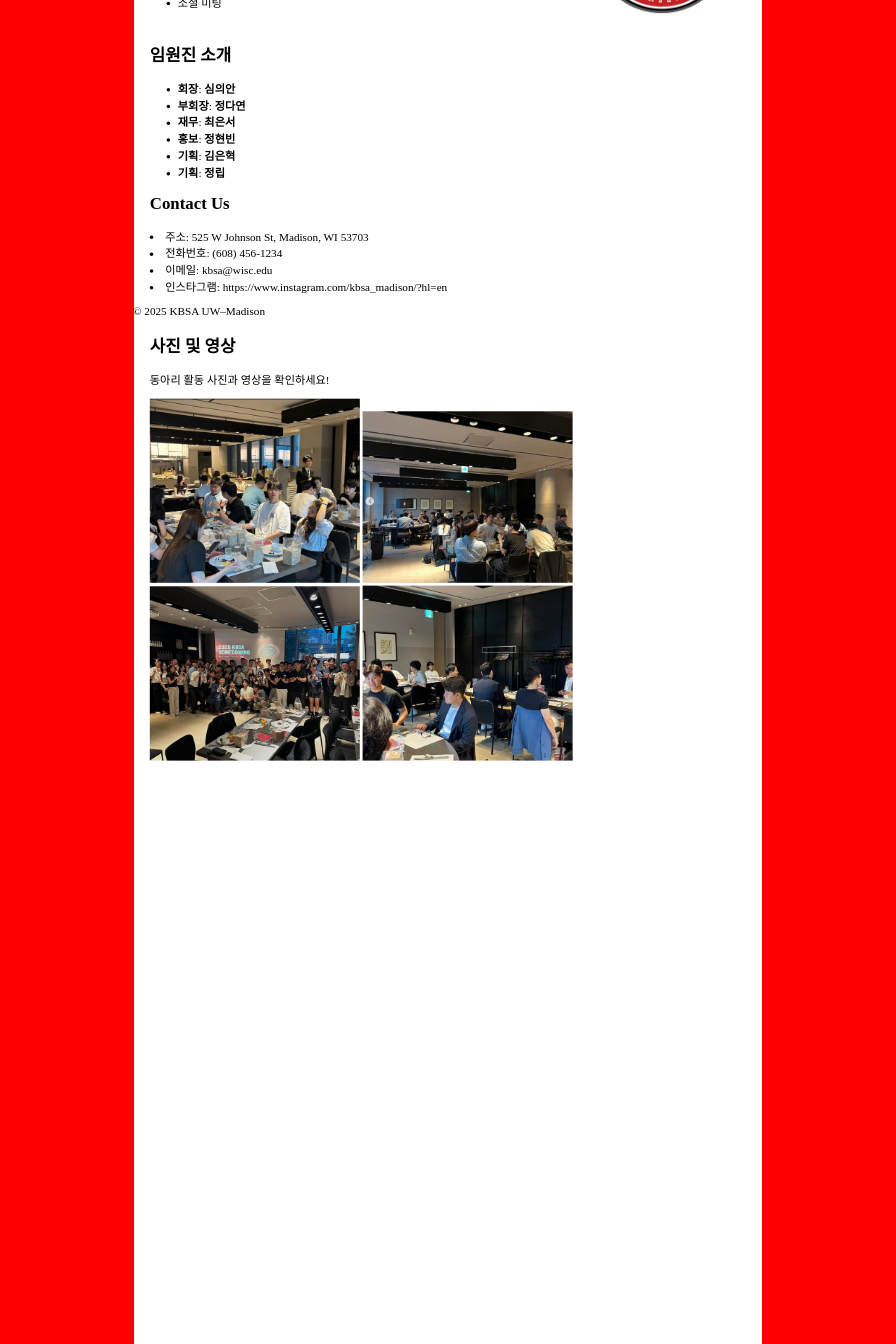
Repository: 23HarveyJi/25-Fall_chillguys
Page: website.html
An editor plug-in stored every save of this project. The page is shown before and after the next save, followed by the edit.
The browser window is 1280 px wide. The pictures show the part of the page from y = 522 to 2442 px (the page is 18019 px tall), at 70% of full size.

Above is the page before, as saved 2025-10-16 23:32:09.

After the next save:
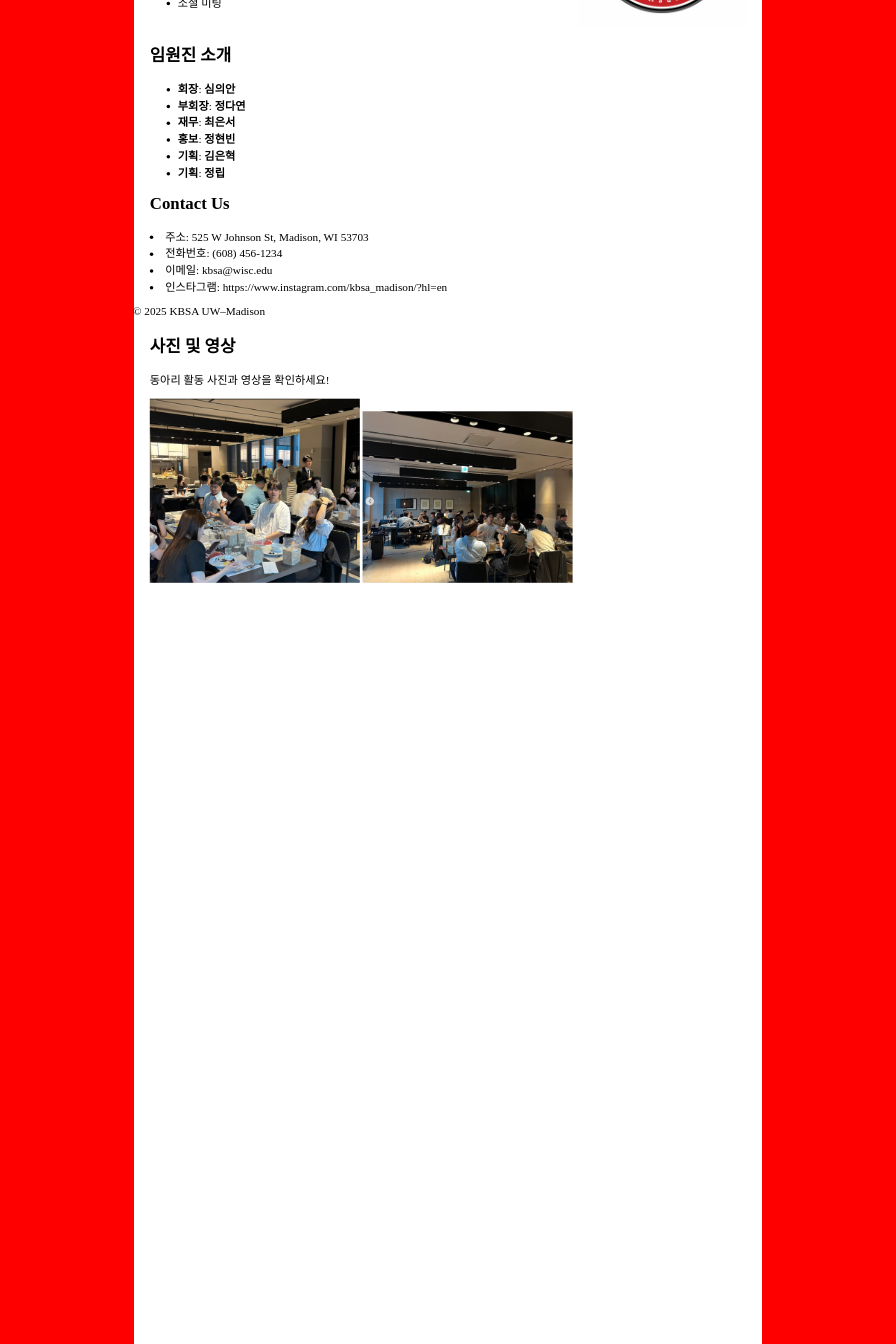
Saved 2 min 56 s later.
--- a/website.html
+++ b/website.html
@@ -78,14 +78,14 @@
     <p>© 2025 KBSA UW–Madison</p>
 </footer>
 </body>
+<!-- ... 위쪽 내용 ... -->
 
 <section>
   <div class="container">
     <h2>사진 및 영상</h2>
     <p>동아리 활동 사진과 영상을 확인하세요!</p>
-      <img src="homecoming1.jpg", width="300" alt="KBSA Photos" title="KBSA Photos">
-      <img src="homecoming2.jpg", width="300" alt="KBSA Photos" title="KBSA Photos">
-      <img src="homecoming3.jpg", width="300" alt="KBSA Photos" title="KBSA Photos">
-      <img src="homecoming4.jpg", width="300" alt="KBSA Photos" title="KBSA Photos">
-    </a>
-  </div>
+
+    <!-- 필요하면 각 이미지를 클릭 시 원본 보기 -->
+    <a href="homecoming1.jpg" target="_blank"><img src="homecoming1.jpg" width="300" alt="KBSA Photos" title="KBSA Photos"></a>
+    <a href="homecoming2.jpg" target="_blank"><img src="homecoming2.jpg" width="300" alt="KBSA Photos" title="KBSA Photos"></a>
+    <a href="homecoming3.jpg" t
